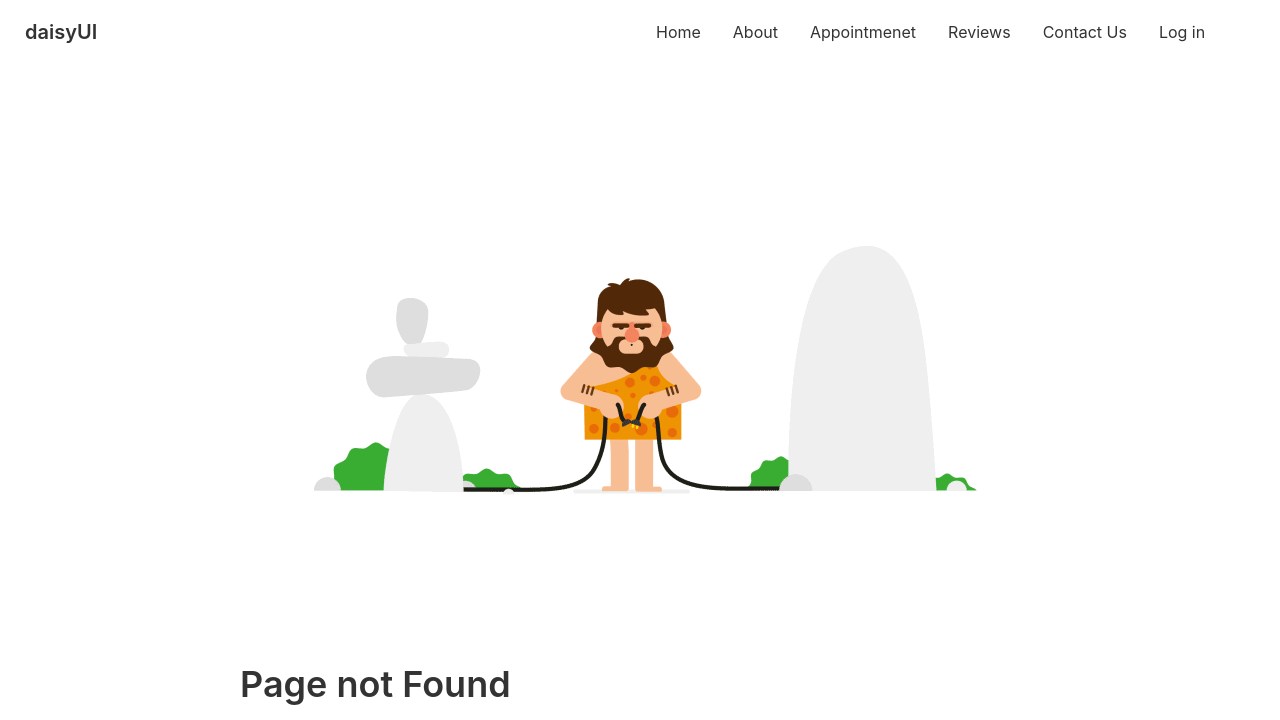
Repository: Tanvir3744/Doctors-client-website
Page: /appointment
An editor plug-in stored every save of this project. The page is shown before and after a run of saves, followed by the edit.
The browser window is 1280 px wide. The pictures show the whole page.
The project was rebuilt for these pictures with package versions that can differ from the ones it lists, and the page was loaded fresh each time. Also part of the build but not shown: src/Pages/About/About.js, src/components/ChildInfoCards.js, src/components/InfoCards.js, src/Pages/Home/Banner/Banner.js, src/Pages/Home/Home.js, src/Pages/Login/Login.js.

Above is the page before, as saved 2022-05-25 19:41:41.

After the next 2 saves:
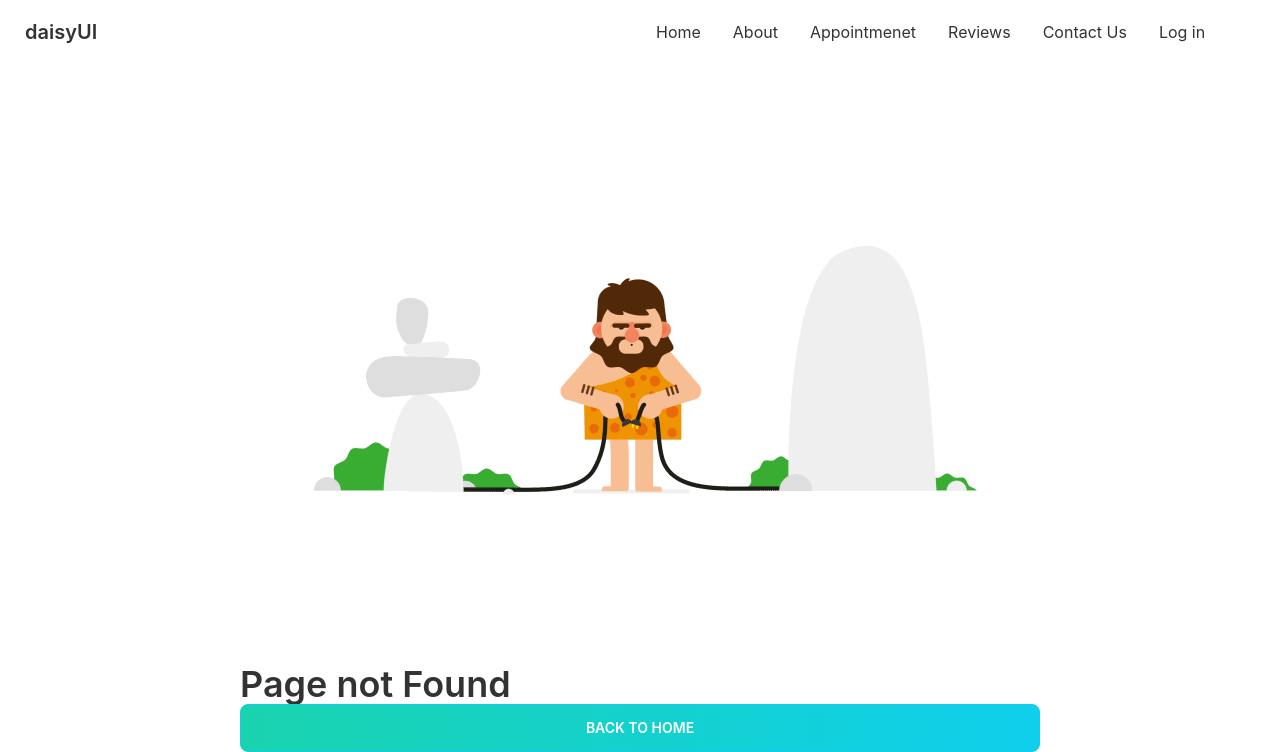
The 2 saves are shown as one change because they came seconds apart.
The last was saved 78 s later.
--- a/src/Pages/NotFound/NotFound.js
+++ b/src/Pages/NotFound/NotFound.js
@@ -1,10 +1,12 @@
 import React from 'react';
+import { Link } from 'react-router-dom';
 import Disconnected from '../../assets/images/dribbble_1.gif';
 const NotFound = () => {
     return (
         <div className='grid place-content-center'>
             <img src={Disconnected} alt="" />
             <h1 className="text-4xl font-semibold"> Page not Found</h1>
+            <Link to="/" className="btn btn-primary text-white rounded-lg bg-gradient-to-r from-secondary to-primary">Back To Home</Link>
         </div>
     );
 };
